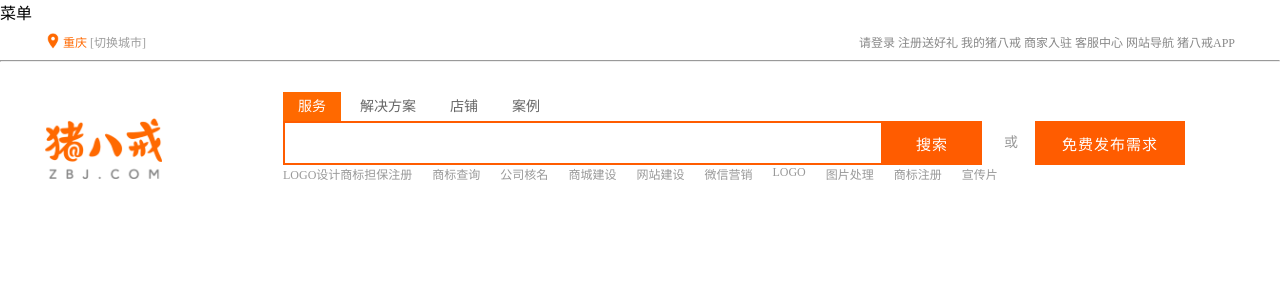
Repository: 13982720426/zbj
Page: HTML/index.html
An editor plug-in stored every save of this project. The page is shown before and after the next save, followed by the edit.
The browser window is 1280 px wide. The pictures show the whole page.

Above is the page before, as saved 2021-07-15 16:20:28.

After the next save:
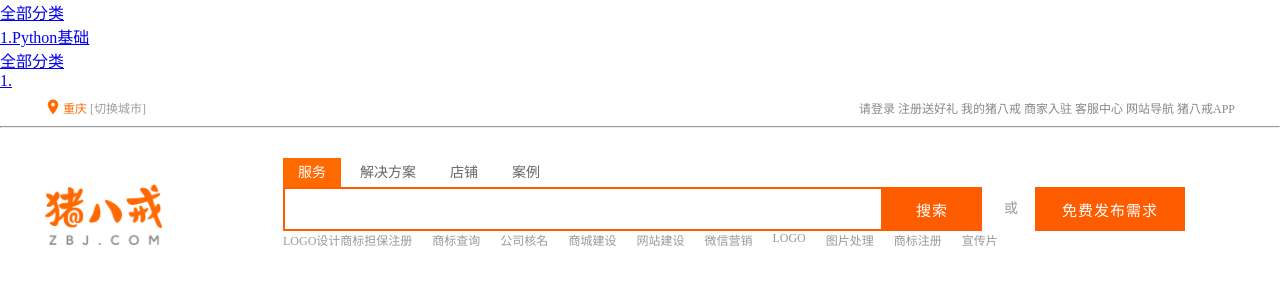
Saved 100 s later.
--- a/HTML/index.html
+++ b/HTML/index.html
@@ -24,13 +24,21 @@
   </head>
 
   <body>
-    <div>
-      <div class="menu-title">菜单</div>
-      <div class="menu-list">
-        <div>菜单1</div>
-        <div>菜单2</div>
-        <div>菜单3</div>
-      </div>
+    <div id="test33">
+      <ul>
+        <li class="dropdown">
+          <a href="#" class="dropbtn">全部分类</a>
+          <div class="dropdown-content">
+            <a href="#">1.Python基础</a>
+          </div>
+        </li>
+        <li class="dropdown">
+          <a href="#" class="dropbtn">全部分类</a>
+          <div class="dropdown-content">
+            <a href="#">1.</a>
+          </div>
+        </li>
+      </ul>
     </div>
     <div class="header-top">
       <div class="header-top-left">
